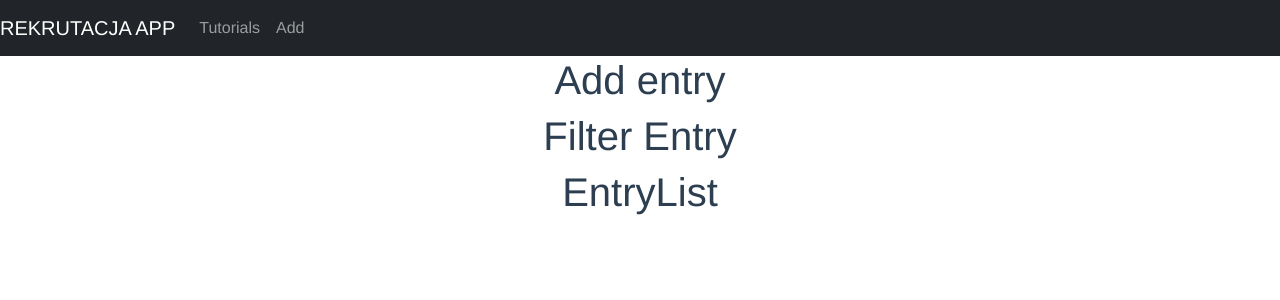
Repository: Madaless/vue_elastic
Page: / (app in vuejsapp/crudapp/)
The author's editor kept a copy of each file at every save. The page is drawn from the files as they stood at one save, then again after the next save.
The browser window is 1280 px wide. The pictures show the whole page.
The page's requests for data from a server got no answer. The project was rebuilt for these pictures with package versions that can differ from the ones it lists, and the page was loaded fresh each time. No one was signed in, and anything a server would have sent is missing.

Above is the page before, as saved 2021-09-09 15:07:11.

After the next save:
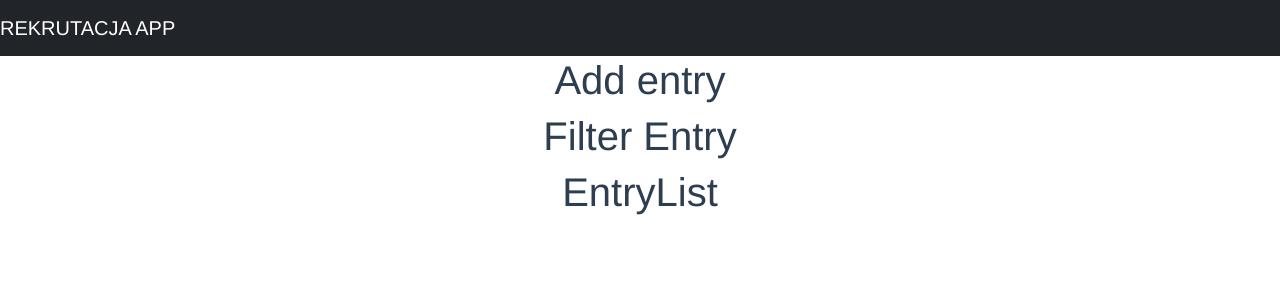
Saved 5 min 31 s later.
--- a/vuejsapp/crudapp/src/App.vue
+++ b/vuejsapp/crudapp/src/App.vue
@@ -2,14 +2,14 @@
   <div id="app">
      <nav class="navbar navbar-expand navbar-dark bg-dark">
       <router-link to="/" class="navbar-brand">REKRUTACJA APP</router-link>
-      <div class="navbar-nav mr-auto">
+      <!-- <div class="navbar-nav mr-auto">
         <li class="nav-item">
           <router-link to="/tutorials" class="nav-link">Tutorials</router-link>
         </li>
         <li class="nav-item">
           <router-link to="/add" class="nav-link">Add</router-link>
         </li>
-      </div>
+      </div> -->
     </nav>
     <AddEntry/>
     <FilterEntry/>
